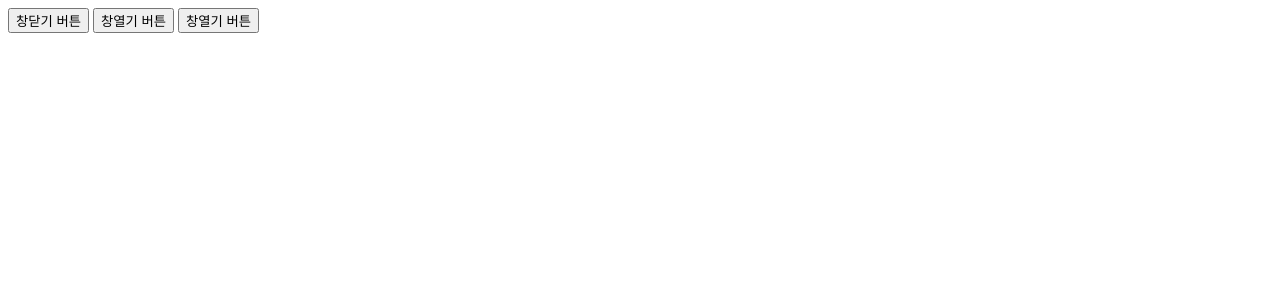
Repository: hololog/workspace_jsp1
Page: JspStudy/src/main/webapp/tset7.html
The author's editor kept a copy of each file at every save. The page is drawn from the files as they stood at one save, then again after the next save.
The browser window is 1280 px wide. The pictures show the whole page.

Above is the page before, as saved 2021-12-06 01:41:52.

After the next save:
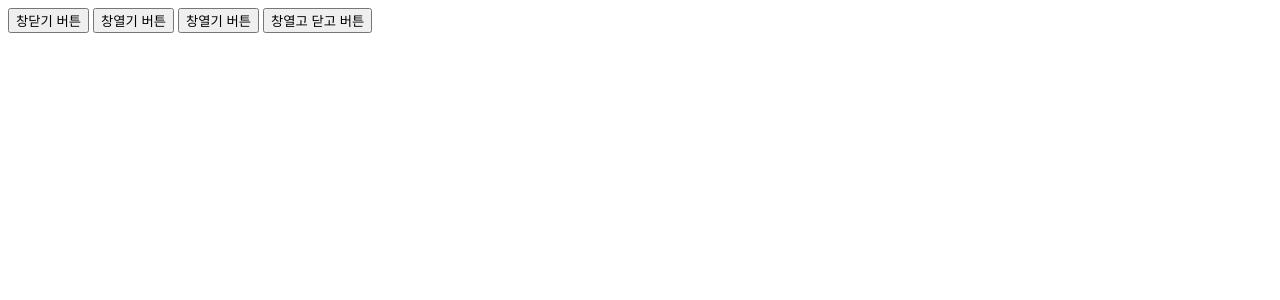
Saved 2 min 36 s later.
--- a/JspStudy/src/main/webapp/tset7.html
+++ b/JspStudy/src/main/webapp/tset7.html
@@ -22,12 +22,16 @@
 	function f3() {
 		window.open("test6.html", "wname", "width=500, height=300,left=100,top=100");
 	}
+	function f4() {
+		window.open("test6.html", "wname", "width=500, height=300,left=100,top=100");
+	}
 </script>
 </head>
 <body>
  <input type="button" value="창닫기 버튼" onclick="f1()">
  <input type="button" value="창열기 버튼" onclick="f2()">
  <input type="button" value="창열기 버튼" onclick="f3()">
+ <input type="button" value="창열고 닫고 버튼" onclick="f4()">
 
 </body>
 </html>
